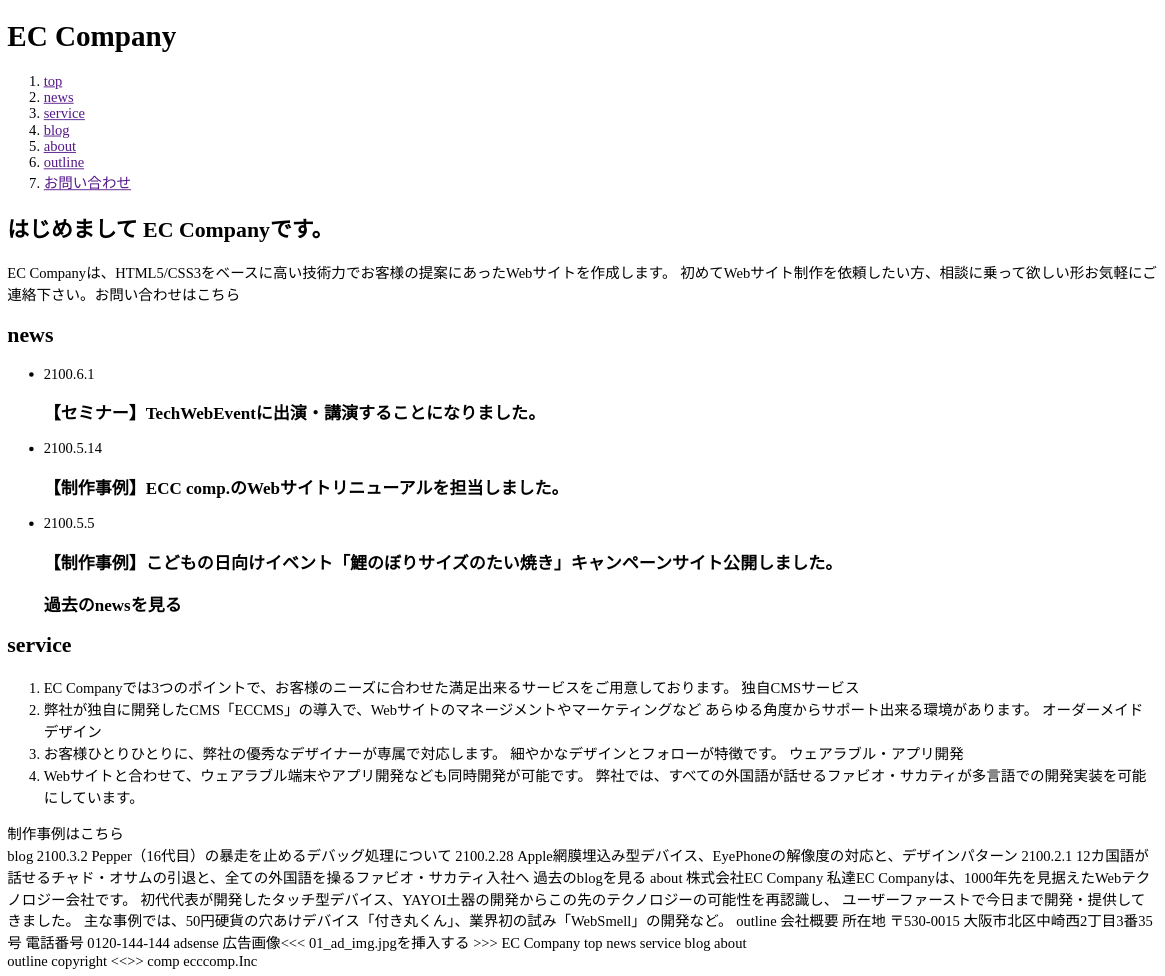
Repository: hsn320/html-practice
Page: html2/work01/work01.html
These files come from the project's save history. The page is drawn as it stood at one moment and after the next save; the edit follows.
The browser window is 1280 px wide. The pictures show the whole page, at 91% of full size.

Above is the page before, as saved 2025-10-01 22:51:27.

### html2/work01/work01.html
<!DOCTYPE html>
<html lang="en">
<head>
    <meta charset="UTF-8">
    <meta name="viewport" content="width=device-width, initial-scale=1.0">
    <title>EC Company</title>
</head>
<body>
    <header>
        <h1>EC Company</h1>
        <nav>
            <ol>
                <li><a href="">top</a></li>
                <li><a href="">news</a></li>
                <li><a href="">service</a></li>
                <li><a href="">blog</a></li>
                <li><a href="">about</a></li>
                <li><a href="">outline</a></li>
                <li><a href="">お問い合わせ</a></li>
            </ol>
        </nav>
    </header>
    <main>
    <section>
        <h2>はじめまして EC Companyです。</h2>
        <p>
            EC Companyは、HTML5/CSS3をベースに高い技術力でお客様の提案にあったWebサイトを作成します。
            初めてWebサイト制作を依頼したい方、相談に乗って欲しい形お気軽にご連絡下さい。お問い合わせはこちら
        </p>
    </section>
    <section>
        <h2>news</h2>
        <ul>
            <li>
                <article>
                    <time datetime="2100.6.1">2100.6.1</time>
                    <h3>【セミナー】TechWebEventに出演・講演することになりました。</h3>
                </article>
            </li>
            <li>
                <article>
                    <time datetime="2100.5.14">2100.5.14</time>
                    <h3>【制作事例】ECC comp.のWebサイトリニューアルを担当しました。</h3>
                </article>
            </li>
            <li>
                <article>
                    <time datetime="2100.5.5">2100.5.5</time>
                    <h3>【制作事例】こどもの日向けイベント「鯉のぼりサイズのたい焼き」キャンペーンサイト公開しました。</h3>
                </article>
            </li>
            <h3>過去のnewsを見る</h3>
        </ul>
    </section>
    <section>
        <h2>service</h2>
        <ol>
            <li>
                EC Companyでは3つのポイントで、お客様のニーズに合わせた満足出来るサービスをご用意しております。
                独自CMSサービス
            </li>
            <li>
                弊社が独自に開発したCMS「ECCMS」の導入で、Webサイトのマネージメントやマーケティングなど あらゆる角度からサポート出来る環境があります。
                オーダーメイドデザイン
            </li>
            <li>
                お客様ひとりひとりに、弊社の優秀なデザイナーが専属で対応します。 細やかなデザインとフォローが特徴です。
                ウェアラブル・アプリ開発
            </li>

            <li>Webサイトと合わせて、ウェアラブル端末やアプリ開発なども同時開発が可能です。
                弊社では、すべての外国語が話せるファビオ・サカティが多言語での開発実装を可能にしています。</li>

        </ol>
        制作事例はこちら
    </section>


    blog
    2100.3.2
    Pepper（16代目）の暴走を止めるデバッグ処理について
    2100.2.28
    Apple網膜埋込み型デバイス、EyePhoneの解像度の対応と、デザインパターン
    2100.2.1
    12カ国語が話せるチャド・オサムの引退と、全ての外国語を操るファビオ・サカティ入社へ

    過去のblogを見る

    about
    株式会社EC Company

    私達EC Companyは、1000年先を見据えたWebテクノロジー会社です。 初代代表が開発したタッチ型デバイス、YAYOI土器の開発からこの先のテクノロジーの可能性を再認識し、 ユーザーファーストで今日まで開発・提供してきました。 主な事例では、50円硬貨の穴あけデバイス「付き丸くん」、業界初の試み「WebSmell」の開発など。

    outline
    会社概要
    所在地
    〒530-0015 大阪市北区中崎西2丁目3番35号
    電話番号
    0120-144-144

    adsense
    広告画像<<< 01_ad_img.jpgを挿入する >>>

    EC Company
    top
    news
    service
    blog
    about
    </main>
outline

copyright <<<copyrightマークに差し替え>>> comp ecccomp.Inc
</body>
</html>

After the next save:
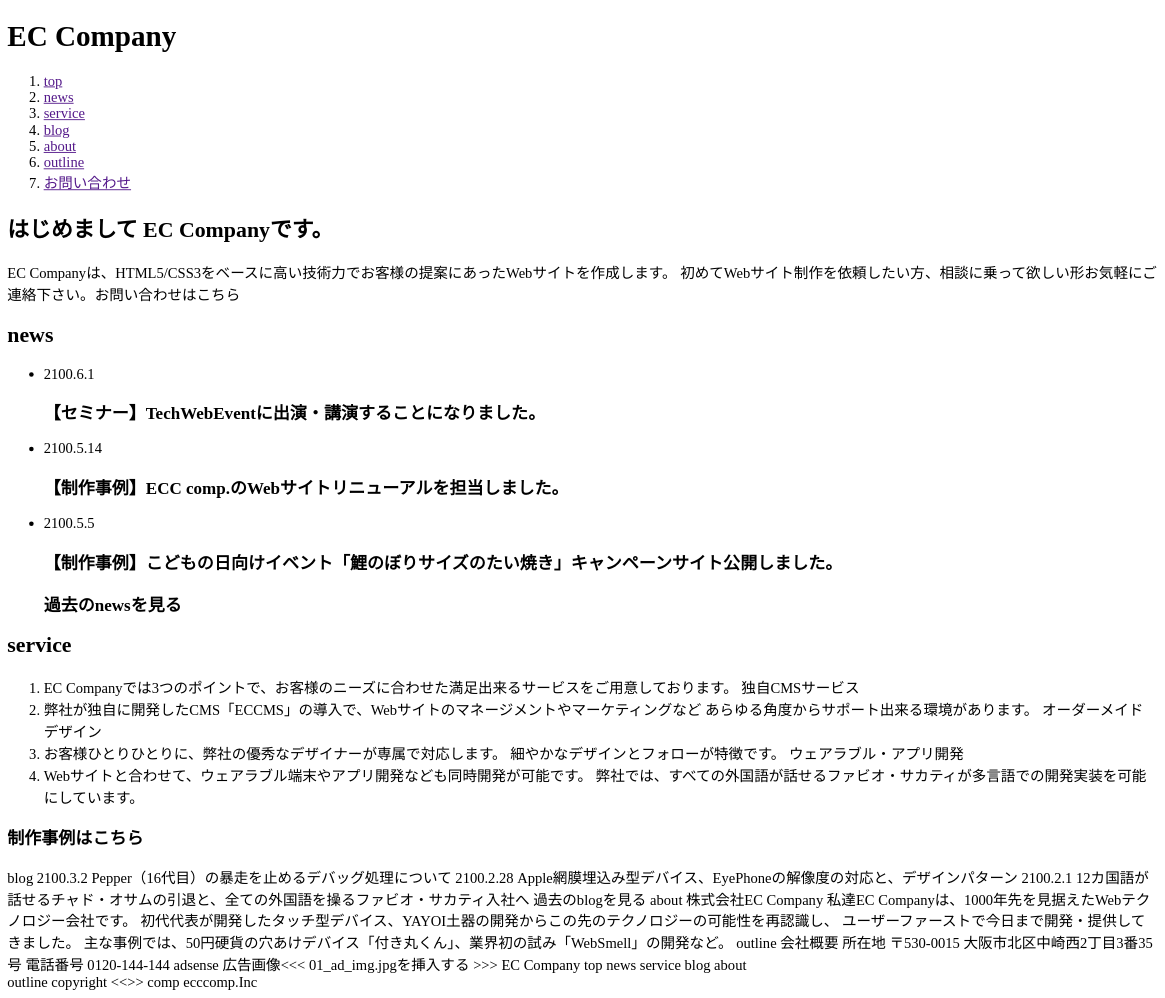
Saved 20 s later.
--- a/html2/work01/work01.html
+++ b/html2/work01/work01.html
@@ -67,12 +67,10 @@
                 お客様ひとりひとりに、弊社の優秀なデザイナーが専属で対応します。 細やかなデザインとフォローが特徴です。
                 ウェアラブル・アプリ開発
             </li>
-
             <li>Webサイトと合わせて、ウェアラブル端末やアプリ開発なども同時開発が可能です。
                 弊社では、すべての外国語が話せるファビオ・サカティが多言語での開発実装を可能にしています。</li>
-
         </ol>
-        制作事例はこちら
+        <h3>制作事例はこちら</h3>
     </section>
 
 
